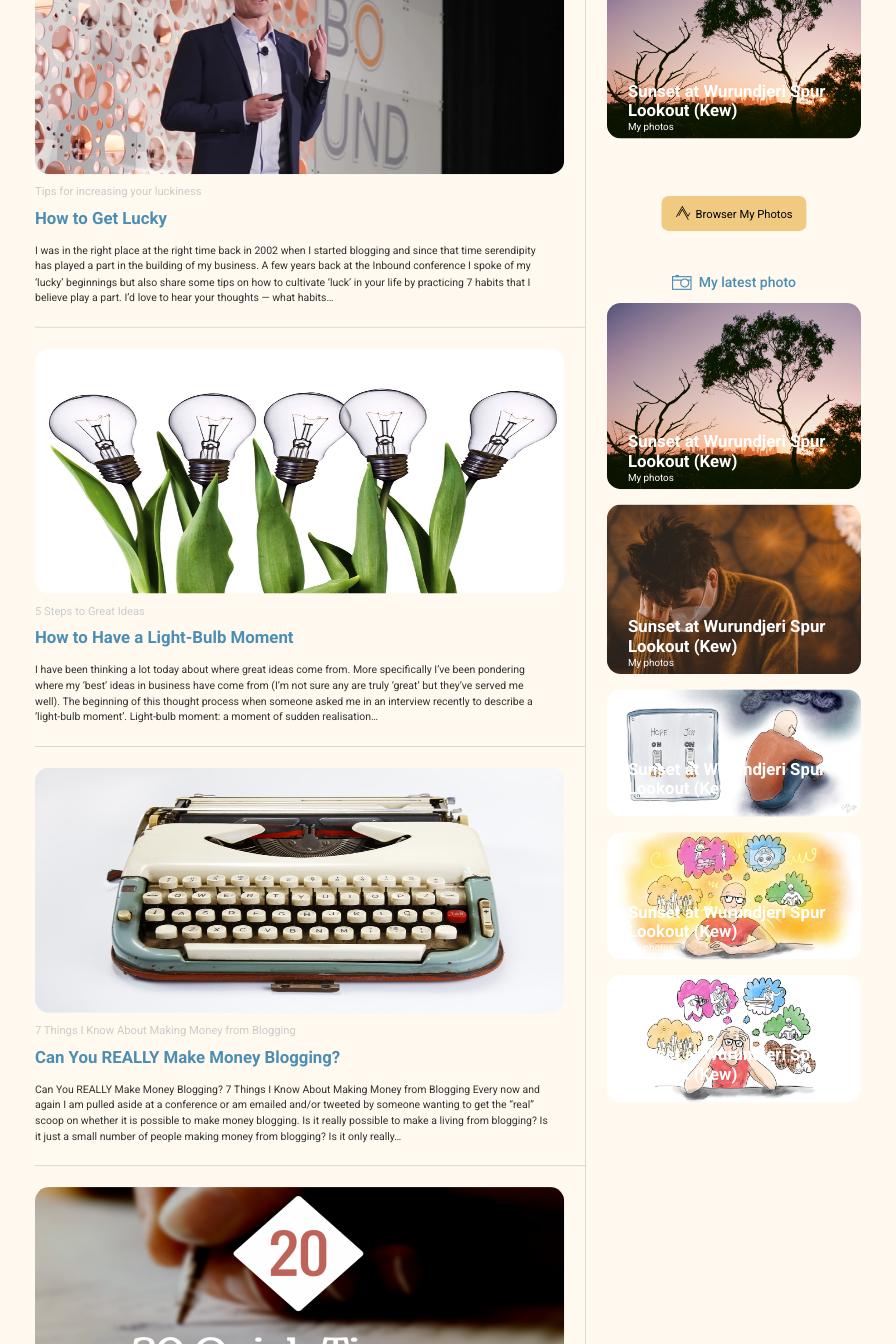
Repository: TranDinhTuann/Blog-Demo
Page: index.html
The author's editor kept a copy of each file at every save. The page is drawn from the files as they stood at one save, then again after the next save.
The browser window is 1280 px wide. The pictures show the part of the page from y = 437 to 2357 px (the page is 2860 px tall before and 2800 px after), at 70% of full size.

Above is the page before, as saved 2023-03-22 21:33:11.

### index.html
<!DOCTYPE html>
<html lang="en">
<head>
    <meta charset="UTF-8">
    <meta http-equiv="X-UA-Compatible" content="IE=edge">
    <meta name="viewport" content="width=device-width, initial-scale=1.0">
    <title>Blog của Tuấn</title>
    <link rel="stylesheet" href="./assets/css/base.css">
    <link rel="stylesheet" href="./assets/css/main.css">
    <link rel="stylesheet" href="https://cdnjs.cloudflare.com/ajax/libs/normalize/8.0.1/normalize.min.css">
    <link rel="stylesheet" href="./assets/fonts/fontawesome-free-6.2.1-web/css/all.min.css">
    <link rel="stylesheet" href="./assets/fonts/themify-icons/themify-icons.css">
    <link rel="preconnect" href="https://fonts.googleapis.com"><link rel="preconnect" href="https://fonts.gstatic.com" crossorigin><link href="https://fonts.googleapis.com/css2?family=Roboto:wght@300;400;500;700&display=swap" rel="stylesheet">
</head>
<body>
    <div class="app">
        <div class="header">
            <nav class="navbar">
                <a class="navbar__head">
                    <i class="navbar__head-icon fa-solid fa-graduation-cap"></i>
                    <div class="navbar__name">Tuan Tran</div>
                </a>

                <ul class="navbar__list">
                    <li class="navbar__list-item">
                        <a href="" class="navbar__list-item-link">
                            <i class="navbar__list-item-icon fa-regular fa-user"></i>
                            <span class="navbar__list-item-text">About</span>
                        </a>
                    </li>
                    <li class="navbar__list-item">
                        <a href="" class="navbar__list-item-link">
                            <i class="navbar__list-item-icon fa-brands fa-think-peaks"></i>
                            <span class="navbar__list-item-text">My Thoughts</span>
                        </a>
                    </li>
                    <li class="navbar__list-item">
                        <a href="" class="navbar__list-item-link">
                            <i class="navbar__list-item-icon ti-direction-alt"></i>
                            <span class="navbar__list-item-text">My Journey</span>
                        </a>
                    </li>
                    <li class="navbar__list-item">
                        <a href="" class="navbar__list-item-link">
                            <i class="navbar__list-item-icon ti-camera"></i>
                            <span class="navbar__list-item-text">My Photos</span>
                        </a>
                    </li>
                    <li class="navbar__list-item">
                        <a href="" class="navbar__list-item-link">
                            <i class="navbar__list-item-icon fa-regular fa-bell"></i>
                            <span class="navbar__list-item-text">Subscribe</span>
                        </a>
                    </li>
                </ul>
            </nav>

            <div class="intro">
                <div class="intro__img">
                    <img src="./assets/img/logo.JPG" alt="" class="intro__img-image">
                </div>
                <div class="intro__text">
                    <div class="intro__head">Hi! I'm Tuan Tran </div>
                    <div class="intro__des">Speaker, Author, Blogger, Podcaster & Founder of ProBlogger & Digital Photography School. Ambassador for WorldVision Aus. Father of 3 boys & husband to Vanessa.</div>
                </div>
            </div>
        </div>

        <div class="grid">
            <div class="grid1">
                <div class="content">
                    <div class="columns">
                        <div class="img-human">
                            <img class="img-ong" src="./assets/img/slider/human1.png" alt="">
                        </div>
                        <div class="column-text">
                            <p class="des">Tips for increasing your luckiness</p>
                            <div class="heading">How to Get Lucky</div>
                            <div class="sub-heading">I was in the right place at the right time back in 2002 when I started blogging and since that time serendipity has played a part in the building of my business. A few years back at the Inbound conference I spoke of my ‘lucky’ beginnings but also share some tips on how to cultivate ‘luck’ in your life by practicing 7 habits that I believe play a part. I’d love to hear your thoughts — what habits…</div>
                        </div>
                    </div>
                    <div class="columns">
                        <div class="img-human">
                            <img class="img-ong" src="./assets/img/slider/human2.jpg" alt="">
                        </div>
                        <div class="column-text">
                            <p class="des">5 Steps to Great Ideas</p>
                            <div class="heading">How to Have a Light-Bulb Moment</div>
                            <div class="sub-heading">I have been thinking a lot today about where great ideas come from. More specifically I’ve been pondering where my ‘best’ ideas in business have come from (I’m not sure any are truly ‘great’ but they’ve served me well). The beginning of this thought process when someone asked me in an interview recently to describe a ‘light-bulb moment’. Light-bulb moment: a moment of sudden realisation…</div>
                        </div>
                    </div>
                    <div class="columns">
                        <div class="img-human">
                            <img class="img-ong" src="./assets/img/slider/human3.jpg" alt="">
                        </div>
                        <div class="column-text">
                            <p class="des">7 Things I Know About Making Money from Blogging</p>
                            <div class="heading">Can You REALLY Make Money Blogging?</div>
                            <div class="sub-heading">Can You REALLY Make Money Blogging? 7 Things I Know About Making Money from Blogging Every now and again I am pulled aside at a conference or am emailed and/or tweeted by someone wanting to get the “real” scoop on whether it is possible to make money blogging. Is it really possible to make a living from blogging? Is it just a small number of people making money from blogging? Is it only really…</div>
                        </div>
                    </div>
                    <div class="columns no--border">
                        <div class="img-human">
                            <img class="img-ong" src="./assets/img/slider/human4.png" alt="">
                        </div>
                        <div class="column-text">
                            <p class="des">Writing tips from a professional blogger</p>
                            <div class="heading">20 Quick Tips on Writing Great Blog Posts</div>
                            <div class="sub-heading">Tell your story — it is what makes your content unique Share how you feel — it will take your readers to a deeper place You’ll never please everyone — the sooner you come to peace with this, the better Write about things that matter to you — passion is infectious Inform, Inspire and Interact — aim to do these things every week! Experiment with different styles of writing — it will help you find…</div>
                        </div>
                    </div>
                    <div class="btn-content">
                        <button class="btn-thought">
                            <i class="navbar__list-item-icon fa-brands fa-think-peaks"></i>
                            <span class="my-thoughts">Browser My Thoughts</span>
                        </button>
                    </div>
                </div>

                <div class="sitebar">
                    <div class="row">
                        <div class="row-head">
                            <i class="row-icon ti-camera"></i>
                            <div class="row-heading">My latest photo</div>
                        </div>
                        <div class="row-img">
                            <img src="./assets/img/slider/nature1.jpg" alt="" class="img-nature">
                            <div class="row-text">
                                <div class="text-heading">Sunset at Wurundjeri Spur Lookout (Kew)</div>
                                <div class="text-des">My photos</div>
                            </div>
                        </div>
                    </div>

                    <div class="row">
                        <div class="btn-content">
                            <button class="btn-thought">
                                <i class="navbar__list-item-icon fa-brands fa-think-peaks"></i>
                                <span class="my-thoughts">Browser My Photos</span>
                            </button>
                        </div>
                    </div>

                    <div class="row">
                        <div class="row-head">
                            <i class="row-icon ti-camera"></i>
                            <div class="row-heading">My latest photo</div>
                        </div>
                        <div class="row-img">
                            <img src="./assets/img/slider/nature1.jpg" alt="" class="img-nature">
                            <div class="row-text">
                                <div class="text-heading">Sunset at Wurundjeri Spur Lookout (Kew)</div>
                                <div class="text-des">My photos</div>
                            </div>
                        </div>
                        <div class="row-img">
                            <img src="./assets/img/slider/nature2.jpg" alt="" class="img-nature">
                            <div class="row-text">
                                <div class="text-heading">Sunset at Wurundjeri Spur Lookout (Kew)</div>
                                <div class="text-des">My photos</div>
                            </div>
                        </div>
                        <div class="row-img">
                            <img src="./assets/img/slider/nature3.jpg" alt="" class="img-nature">
                            <div class="row-text">
                                <div class="text-heading">Sunset at Wurundjeri Spur Lookout (Kew)</div>
                                <div class="text-des">My photos</div>
                            </div>
                        </div>
                        <div class="row-img">
                            <img src="./assets/img/slider/nature4.jpg" alt="" class="img-nature">
                            <div class="row-text">
                                <div class="text-heading">Sunset at Wurundjeri Spur Lookout (Kew)</div>
                                <div class="text-des">My photos</div>
                            </div>
                        </div>
                        <div class="row-img">
                            <img src="./assets/img/slider/nature5.jpg" alt="" class="img-nature">
                            <div class="row-text">
                                <div class="text-heading">Sunset at Wurundjeri Spur Lookout (Kew)</div>
                                <div class="text-des">My photos</div>
                            </div>
                        </div>
                    </div>
                </div>
            </div>
        </div>

        <footer class="footer">

        </footer>
    </div>
</body>
</html>

### assets/css/base.css
:root {
    --white-color: #fff;
    --black-color: #000;
    --text-color: #333;
    --primary-color: #fff9ef;
    --header-primary-color: rgb(255, 253, 249);
}

* {
    box-sizing: inherit;
}

html {
    /* hack */
    font-size: 62.5%;
    line-height: 1.6rem;
    font-family: 'Roboto', sans-serif;
    box-sizing: border-box;
}

@keyframes fadeIn {
    from{
        opacity: 0;
    }
    to{
        opacity: 1;
    }
}

@keyframes growth {
    from{
        transform: calc(0);
    }
    to{
        transform: calc(1);
    }
}

img{
    width: 100%;
    border-radius: 20px;
}
.img-ong{
    height: 350px;
    display: block;
}
.img-human{
    margin-right: 30px;
    height: 350px;
    display: block;
}
a{
    display: block;
    cursor: pointer;
}

### assets/css/main.css
.app{
    height: 1000px;
    background-color: rgb(255, 253, 249);
}

.header{
    height: 280px;
    margin: 0 50px;
}

.navbar{
    height: 60px;
    border-bottom: 1px solid #ccc;
    display: flex;
    align-items: center;
    justify-content: space-between;
}

.navbar__head-icon {
    font-size: 2rem;
    margin-right: 8px;
}

.navbar__name {
    font-size: 2rem;

}

.navbar__head {
    display: flex;
}

.navbar__head:hover {
    cursor: pointer;
    opacity: 0.5;
}

.navbar__list {
    display: flex;
    list-style: none;
    font-size: 1.4rem;
}

.navbar__list-item {
    padding: 0 16px;
    line-height: 60px;
}

.navbar__list-item:hover {
    cursor: pointer;
    opacity: 0.5;
}

.navbar__list-item-link {
    color: #000;
    text-decoration: none;
}

.navbar__list-item-icon{
    font-size: 2rem;
    padding-right: 4px;
}


.intro {
    display: flex;
    margin-top: 50px;
}

.intro__img {
    width: 30%;
    height: 50px;
}

.intro__img-image {
    width: 100%;
    background-size:cover;
}

.intro__text{
    padding-left: 40px;
}

.intro__head {
    font-size: 3rem;
}

.intro__des {
    font-size: 1.8rem;
    padding: 10px 250px 0 0;
    line-height: 2.4rem;
}


/* Grid */
.grid {
    background-color: rgb(255, 249, 239);
    /* height: 6000px; */
    /* display: flex; */
}
.grid1  {
    margin: 0 50px;
    display: flex;
    padding-top: 26px;
}
.content {
    border-right: 1px solid #ccc;
    /* height: 600px; */
    flex: 2;
}
.columns {
    padding: 30px 0;
    border-bottom: 1px solid #ccc;
    cursor: pointer;
}
.columns.no--border{
    border: none;
}
.sitebar {
    flex: 1;
}

.column-text{
    padding: 0 50px 0 0;
}
.des{
    font-size: 16px;
    color: #ccc;
}
.heading {
    font-size: 24px;
    font-weight: 700;
    color: #4c8eb3;
}
.sub-heading {
    color: #333333;
    font-size: 15px;
    padding-top: 20px;
    line-height: 1.5;
}
.btn-content{
    display: flex;
    align-items: center;
    justify-content: center;
    color: #000;
    padding: 30px 0;
}
.btn-thought {
    padding: 14px 20px;
    display: block;
    background-color: rgb(241, 202, 130);
    outline: none;
    border: none;
    border-radius: 10px;
}
.btn-thought:hover{
    background-color:  rgba(241, 202, 130, 0.6);
}
.my-thoughts{
    font-size: 16px;
}

/* sitebar */
.row{
    margin: 20px 0 30px 30px;
}
.row-head {
    display: flex;
    align-items: center;
    justify-content: center;
    color: #4c8eb3;
    padding-bottom: 15px;
}
.row-icon{
    font-size: 28px;
    margin-right: 10px;
}
.row-heading{
    font-size: 20px;
    font-weight: 500;
}
.row-img{
    position: relative;
}
.row-text{
    position: absolute;
    bottom: 30px;
    left: 30px;
    color: #fff;
}
.text-heading{
    font-size: 24px;
    font-weight: 1000;
}
.text-des{
    font-size: 14px;
    line-height: 18px;
}
.img-nature{
    margin-bottom: 20px;
}

/* footer */
.footer{
    height: 50px;
}

Loaded but not shown: assets/fonts/fontawesome-free-6.2.1-web/css/all.min.css (library); assets/fonts/themify-icons/themify-icons.css (common file)

After the next save:
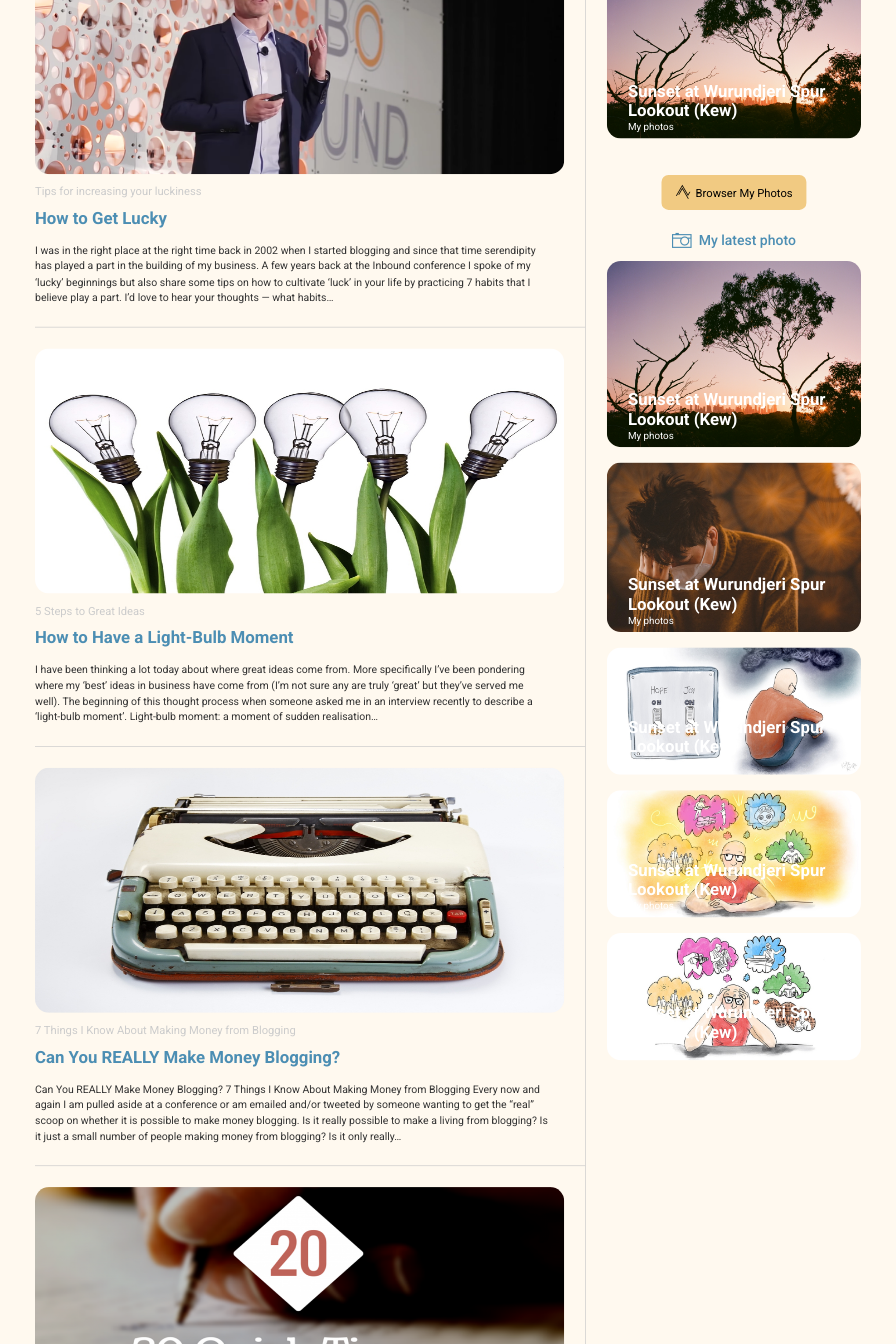
Saved 54 s later.
--- a/assets/css/main.css
+++ b/assets/css/main.css
@@ -143,7 +143,7 @@
     align-items: center;
     justify-content: center;
     color: #000;
-    padding: 30px 0;
+    padding: 0;
 }
 .btn-thought {
     padding: 14px 20px;
